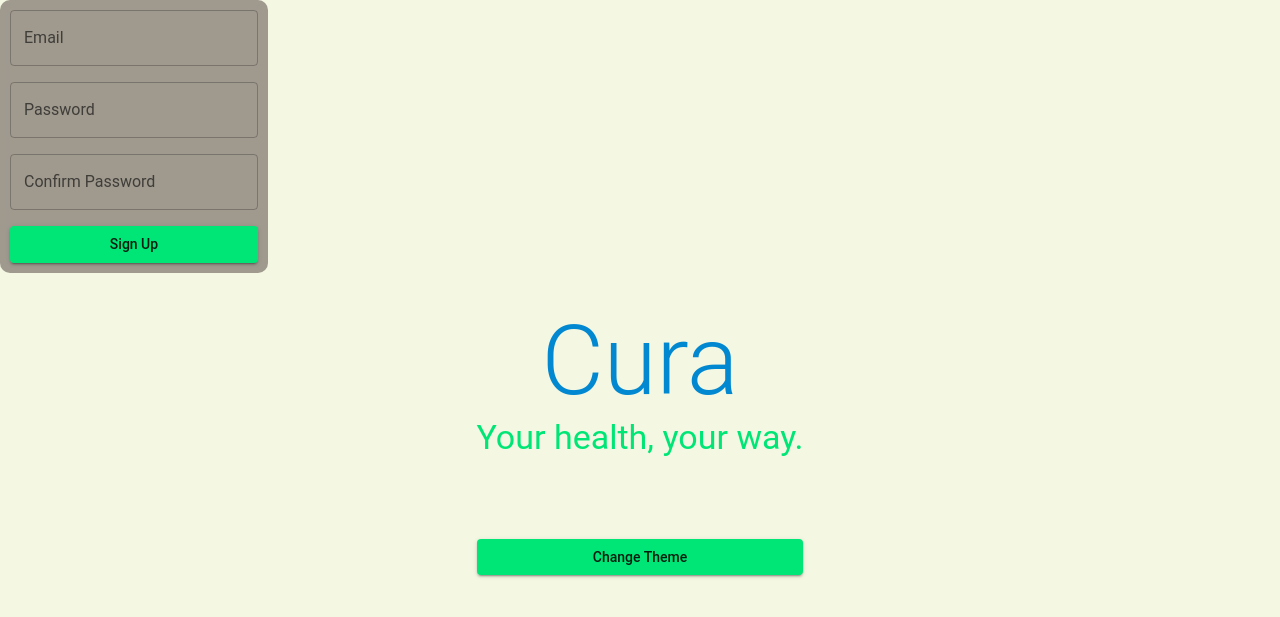
Repository: CryptoFamilyNFT/Cura
Page: / (app in cura/)
The author's editor kept a copy of each file at every save. The page is drawn from the files as they stood at one save, then again after the next save.
The browser window is 1280 px wide. The pictures show the whole page.
The project was rebuilt for these pictures with package versions that can differ from the ones it lists, and the page was loaded fresh each time. Also part of the build but not shown: cura/vite.config.js.

Above is the page before, as saved 2025-03-04 16:31:45.

After the next save:
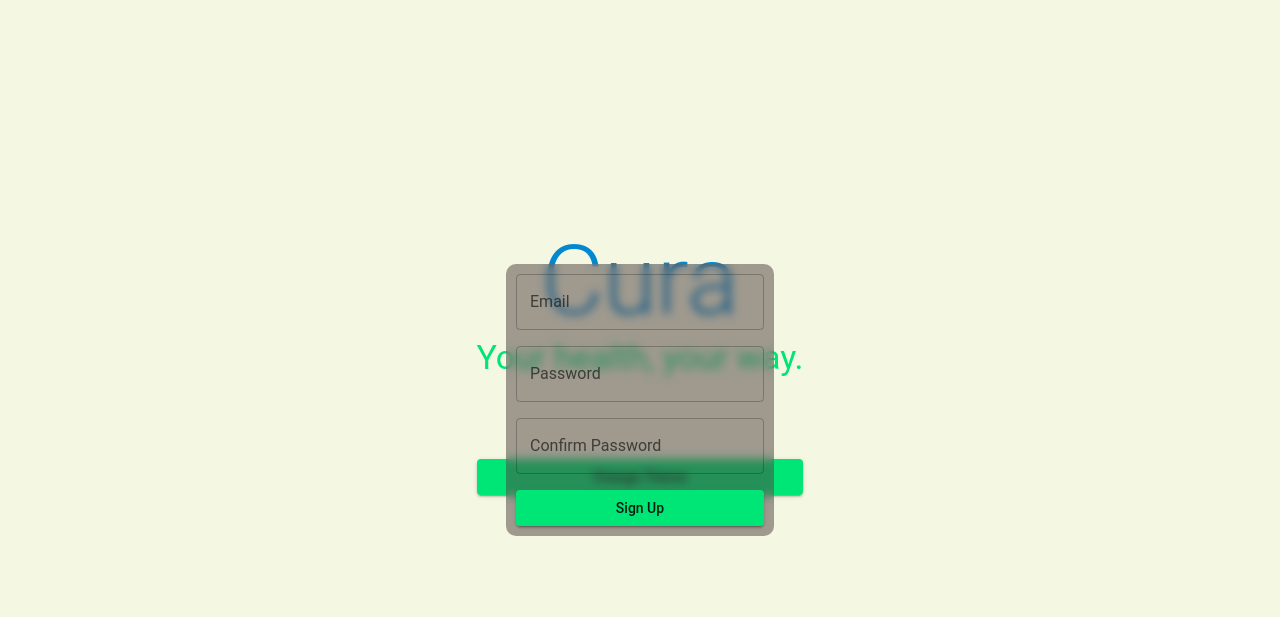
Saved 77 s later.
--- a/cura/src/components/SignUp/SignUp.jsx
+++ b/cura/src/components/SignUp/SignUp.jsx
@@ -8,10 +8,11 @@
             display: 'flex',
             justifyContent: 'center',
             alignItems: 'center',
+            position: 'absolute'
         }}>
             <div
             style={{
-                position: 'absolute',
+                position: 'relative',
                 top: 0,
                 left: 0,
                 width: 'auto',
